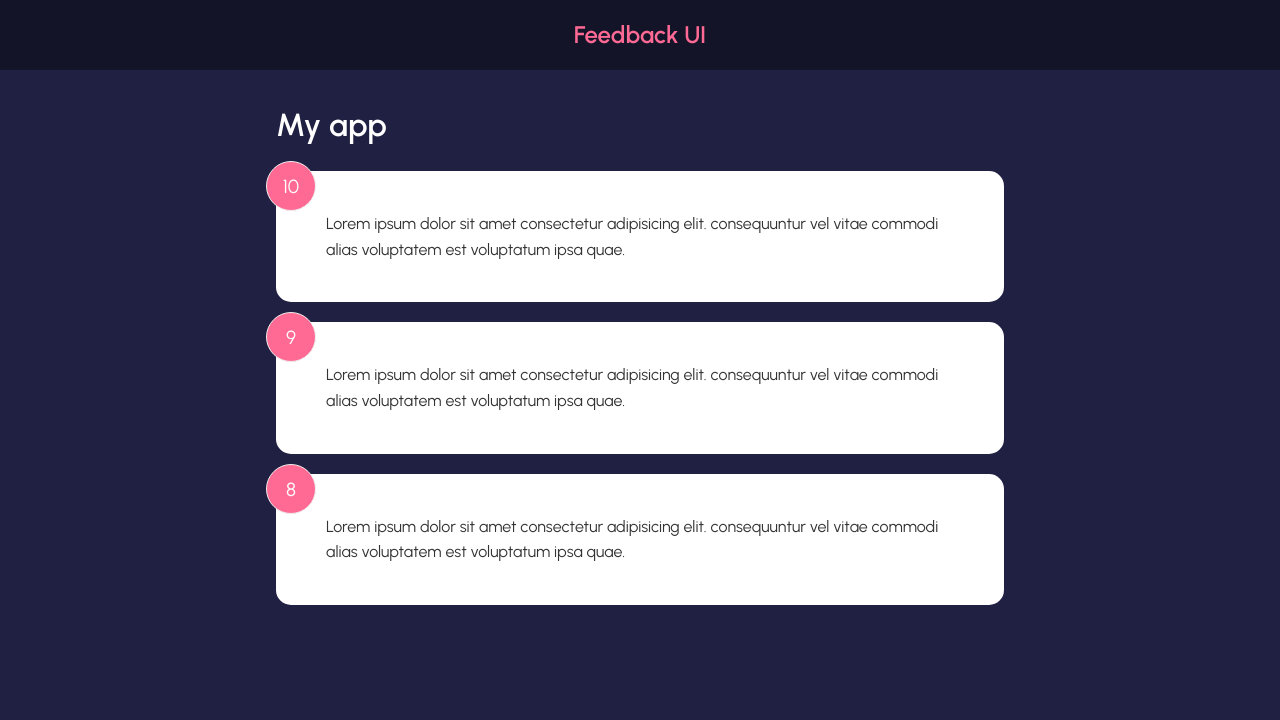
Repository: Vasil1001/feedback-project-react
Page: /
These files come from the project's save history. The page is drawn as it stood at one moment and after the next save; the edit follows.
The browser window is 1280 px wide. The pictures show the whole page.
The project was rebuilt for these pictures with package versions that can differ from the ones it lists, and the page was loaded fresh each time. Also part of the build but not shown: vite.config.js.

Above is the page before, as saved 2022-12-28 22:29:34.

### src/App.jsx
import { useState } from 'react'
import './App.css'
import FeedbackList from './components/FeedbackList'
import Header from './components/Header'
import FeedbackData from './data/FeedbackData'

function App() {
  const [feedback, setFeedback] = useState(FeedbackData)

  return (
    <div>
      <Header />
      <div className="container">
        <h1>My app</h1>
        <FeedbackList feedback={feedback}/>
      </div>
    </div>
  )
}

export default App

### src/App.css
@import url('https://fonts.googleapis.com/css2?family=Poppins:wght@400;600;700&display=swap');
@import url('https://fonts.googleapis.com/css2?family=DM+Sans:wght@400;700&family=Roboto+Condensed:wght@300;400;700&family=Urbanist:wght@100;300;400;600&display=swap');
* {
  box-sizing: border-box;
  margin: 0;
  padding: 0;
}

body {
  font-family: 'Urbanist', sans-serif;
  background-color: #202142;
  color: #fff;
  line-height: 1.6;
}

ul {
  list-style: none;
}

.container {
  max-width: 768px;
  margin: auto;
  padding: 0 20px;
}

header {
  height: 70px;
  width: 100%;
  display: flex;
  justify-content: space-between;
  align-items: center;
  margin-bottom: 30px;
}

.card {
  background-color: #fff;
  color: #333;
  border-radius: 15px;
  padding: 40px 50px;
  margin: 20px 0;
  position: relative;
}

.card.reverse {
  background-color: rgba(0, 0, 0, 0.4);
  color: #fff;
}

.card h2 {
  font-size: 22px;
  font-weight: 600;
  text-align: center;
}

.rating {
  display: flex;
  align-items: center;
  justify-content: space-around;
  margin: 30px 0 40px;
}

.rating li,
.num-display {
  position: relative;
  background: #f4f4f4;
  width: 50px;
  height: 50px;
  padding: 10px;
  text-align: center;
  border-radius: 50%;
  font-size: 19px;
  border: 1px #eee solid;
  transition: 0.3s;
}

.rating li label {
  position: absolute;
  top: 50%;
  left: 50%;
  width: 50px;
  height: 50px;
  padding: 10px;
  border-radius: 50%;
  transform: translate(-50%, -50%);
  cursor: pointer;
}

.rating li:hover,
.num-display {
  background: #ff6a95;
  color: #fff;
}

[type='radio'] {
  opacity: 0;
}

[type='radio']:checked ~ label {
  background: #ff6a95;
  color: #fff;
}

.input-group {
  display: flex;
  flex-direction: row;
  border: 1px solid #ccc;
  padding: 8px 10px;
  border-radius: 8px;
}

input {
  flex-grow: 2;
  border: none;
  font-size: 16px;
}

input:focus {
  outline: none;
}

.feedback-stats {
  color: #fff;
  display: flex;
  justify-content: space-between;
  align-items: center;
}

.num-display {
  position: absolute;
  top: -10px;
  left: -10px;
}

.close,
.edit {
  position: absolute;
  top: 10px;
  right: 20px;
  cursor: pointer;
  background: none;
  border: none;
}

.edit {
  right: 40px;
}

.btn {
  color: #fff;
  border: 0;
  border-radius: 8px;
  color: #fff;
  width: 100px;
  height: 40px;
  cursor: pointer;
}

.btn-primary {
  background-color: #202142;
}

.btn-secondary {
  background: #ff6a95;
}

.btn:hover {
  transform: scale(0.98);
  opacity: 0.9;
}

.btn:disabled {
  background-color: #cccccc;
  color: #333;
  cursor: auto;
}

.btn:disabled:hover {
  transform: scale(1);
  opacity: 1;
}

.message {
  padding-top: 10px;
  text-align: center;
  color: rebeccapurple;
}

/* FIX: Remove position: absolute to keep about icon at the bottom of the
 * document */
.about-link {
  display: flex;
  justify-content: flex-end;
}

/* FIX: Remove position: absolute to keep about icon at the bottom of the
 * document */
.about-link a {
  color: #fff;
  cursor: pointer;
}

.about-link a:hover {
  color: #ff6a95;
}

.about h1 {
  margin-bottom: 20px;
}

.about p {
  margin: 10px 0;
}

@media (max-width: 600px) {
  .rating li {
    margin: 10px 3px;
  }

  .rating {
    display: flex;
    align-items: center;
    justify-content: center;
    flex-wrap: wrap;
    margin: 30px 0 40px;
  }

  .input-group input {
    width: 80%;
  }
}

### src/components/FeedbackList.jsx
import React from 'react'
import FeedbackItem from './FeedbackItem'

export default function FeedbackList({ feedback }) {
    return (
        <div className="feedback-list">
            {feedback.length > 0 ? feedback.map((item) => (
                <FeedbackItem key={item.id} item={item}/>
            ))
                : <p>No feedback yet</p>}
        </div>
    )
}

### src/components/Header.jsx
import React from 'react'

function Header({ text }) {
    return (
        <header style={{backgroundColor: 'rgba(0,0,0,0.4', color: '#ff6a95'}}>
            <div className="container">
                <h2>{text}</h2>
            </div>
        </header>
    )
}
Header.defaultProps = {
    text: 'Feedback UI',
}
export default Header

### src/components/FeedbackItem.jsx
import React, { useState } from 'react'

function FeedbackItem({item}) {
    return (
        <div className="card">
            <div className="num-display">{item.rating}</div>
            <div className="text-display">{item.text}</div>
        </div>
    )
}

export default FeedbackItem

### src/components/shared/Card.jsx
import React from 'react'

function Card() {
  return (
    <div>
    Card
    </div>
  )
}

export default Card

Loaded but not shown: index.html (common file); src/main.jsx (common file); src/data/FeedbackData.jsx (common file)

After the next save:
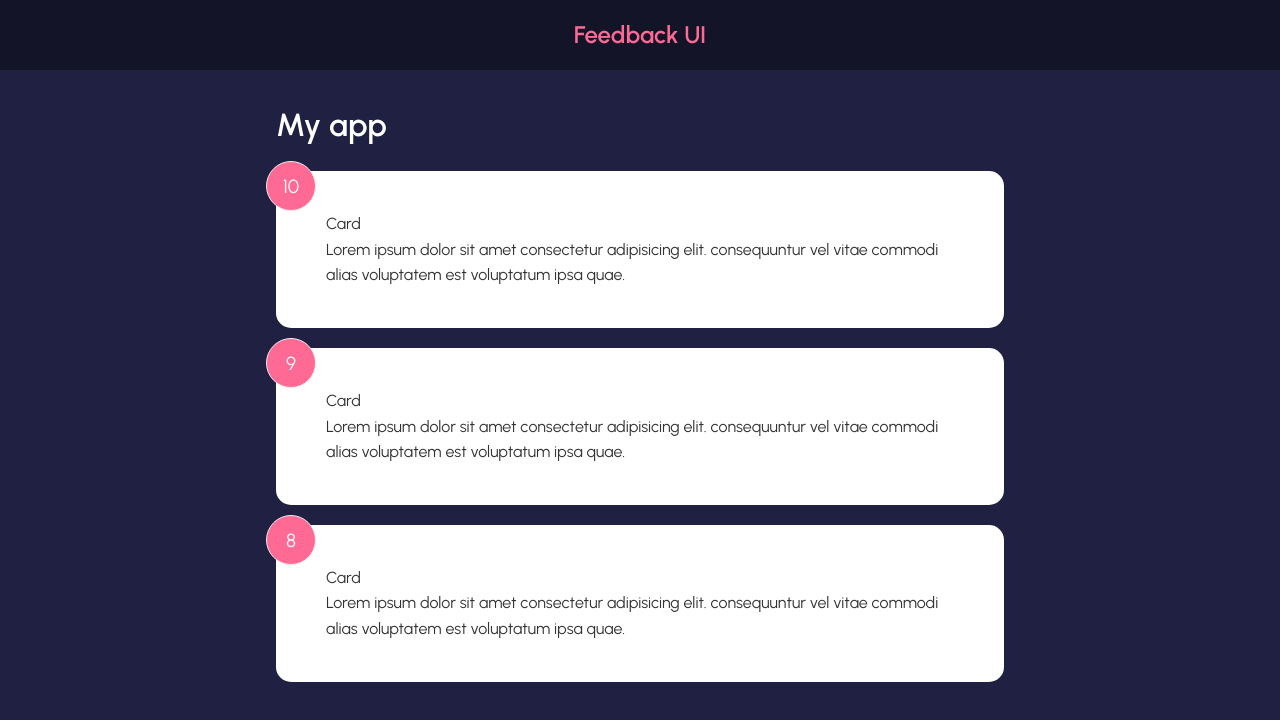
Saved 16 s later.
--- a/src/components/FeedbackItem.jsx
+++ b/src/components/FeedbackItem.jsx
@@ -1,8 +1,10 @@
 import React, { useState } from 'react'
+import Card from './shared/Card'
 
 function FeedbackItem({item}) {
     return (
         <div className="card">
+<Card/>
             <div className="num-display">{item.rating}</div>
             <div className="text-display">{item.text}</div>
         </div>
